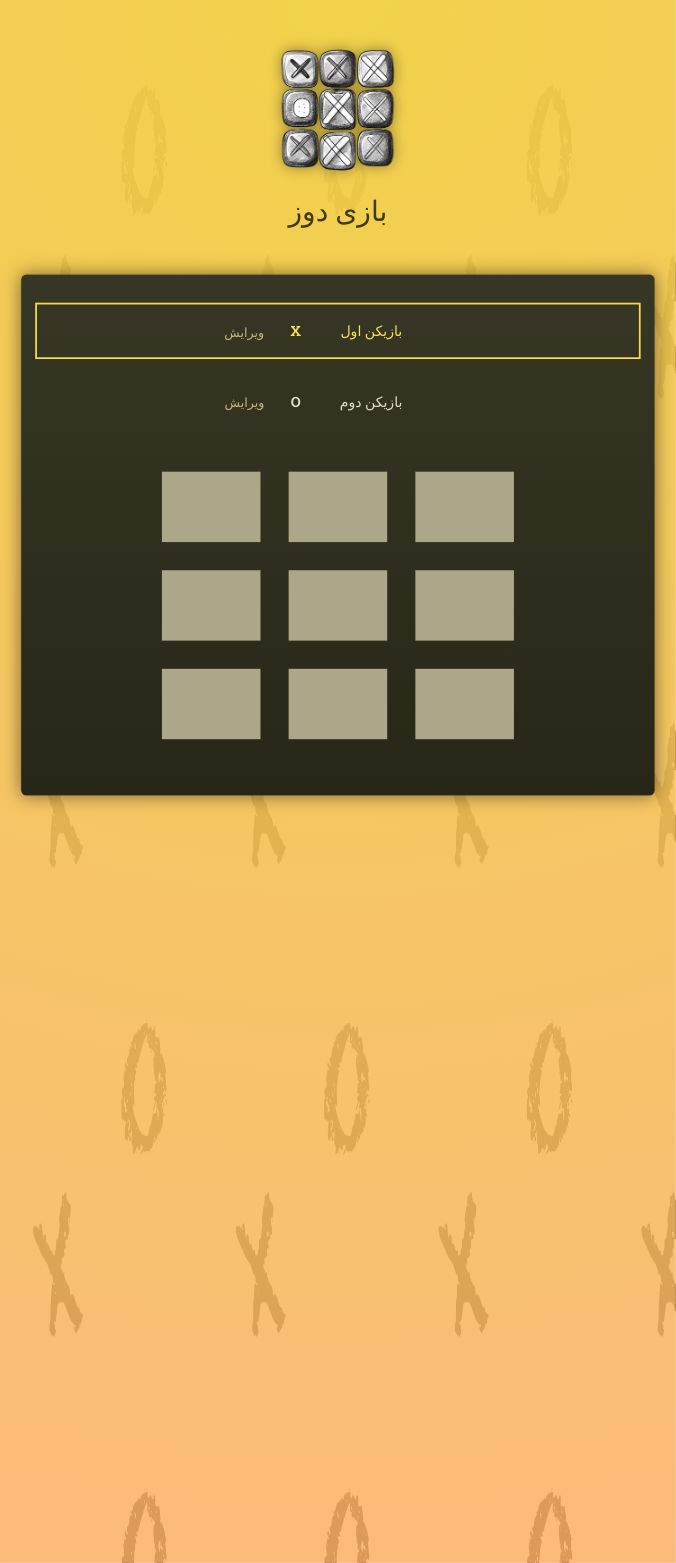
Repository: H-ala/react-tic-toc-toe
Page: /
These files come from the project's save history. The page is drawn as it stood at one moment and after the next save; the edit follows.
The browser window is 768 px wide. The pictures show the whole page, at 88% of full size.
Some web fonts or font styles are not loaded; a fallback is used. The project was rebuilt for these pictures with package versions that can differ from the ones it lists, and the page was loaded fresh each time. Also part of the build but not shown: vite.config.js, src/components/GameOver.jsx.

Above is the page before, as saved 2025-10-21 18:20:19.

After the next save:
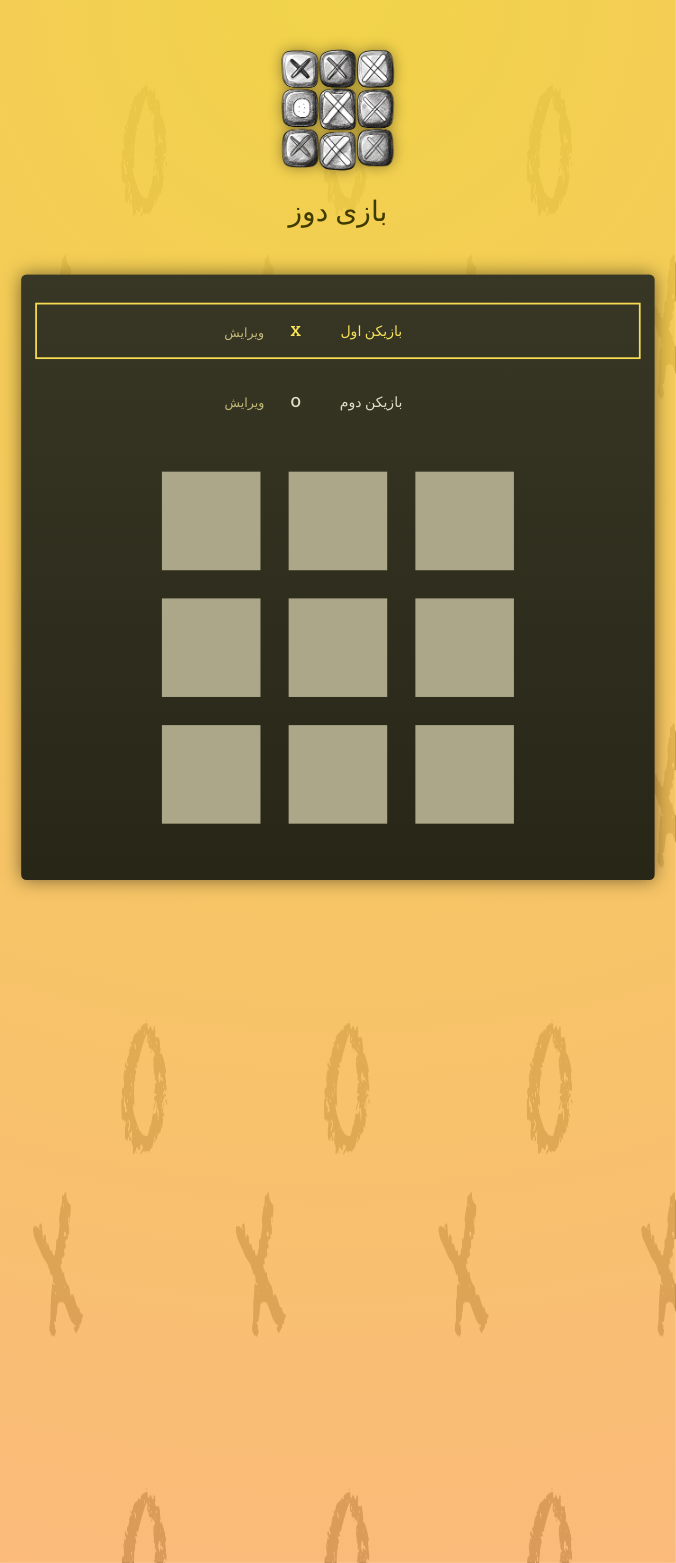
Saved 6 s later.
--- a/src/index.css
+++ b/src/index.css
@@ -374,7 +374,7 @@ ol {
 
   #game-board button {
     width: 7rem;
-    height: 5rem;
+    height: 7rem;
     font-size: 2.5rem;
   }
 
